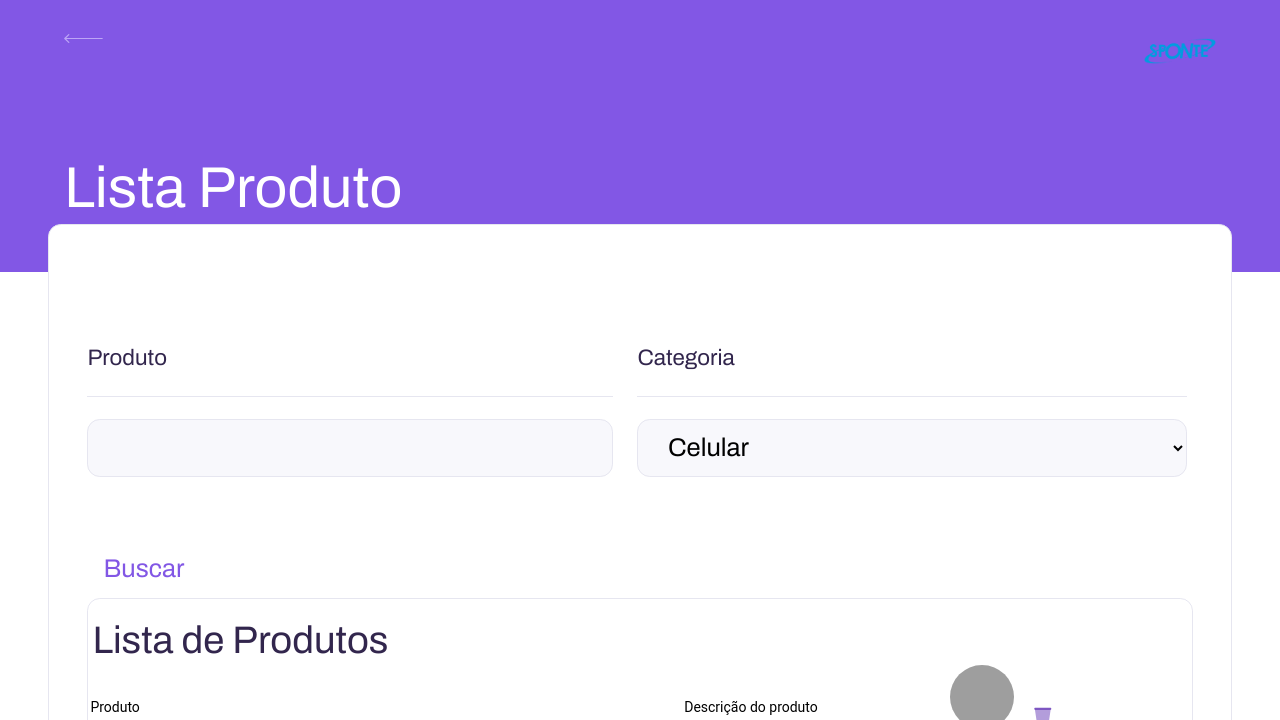
Repository: Henrique-Hoi-Dev/avalia-o-front-end
Page: /list (app in web/)
These files come from the project's save history. The page is drawn as it stood at one moment and after the next save; the edit follows.
The browser window is 1280 px wide. The pictures show the whole page.
Pictures or frames that could not be fetched are drawn as grey boxes. An inner scrolling area shows only its first screen. The project was rebuilt for these pictures with package versions that can differ from the ones it lists, and the page was loaded fresh each time. Also part of the build but not shown: web/src/pages/Home/styles.js, web/src/pages/Home/index.js, web/src/services/api.js, web/src/pages/RegistrationProduct/styles.js, web/src/components/HeaderRecord/styles.js, web/src/components/HeaderRecord/index.js, web/src/pages/RegistrationProduct/Avatarinput/styles.js, web/src/pages/RegistrationProduct/Avatarinput/index.js and 1 more.

Above is the page before, as saved 2020-09-02 21:48:12.

After the next save:
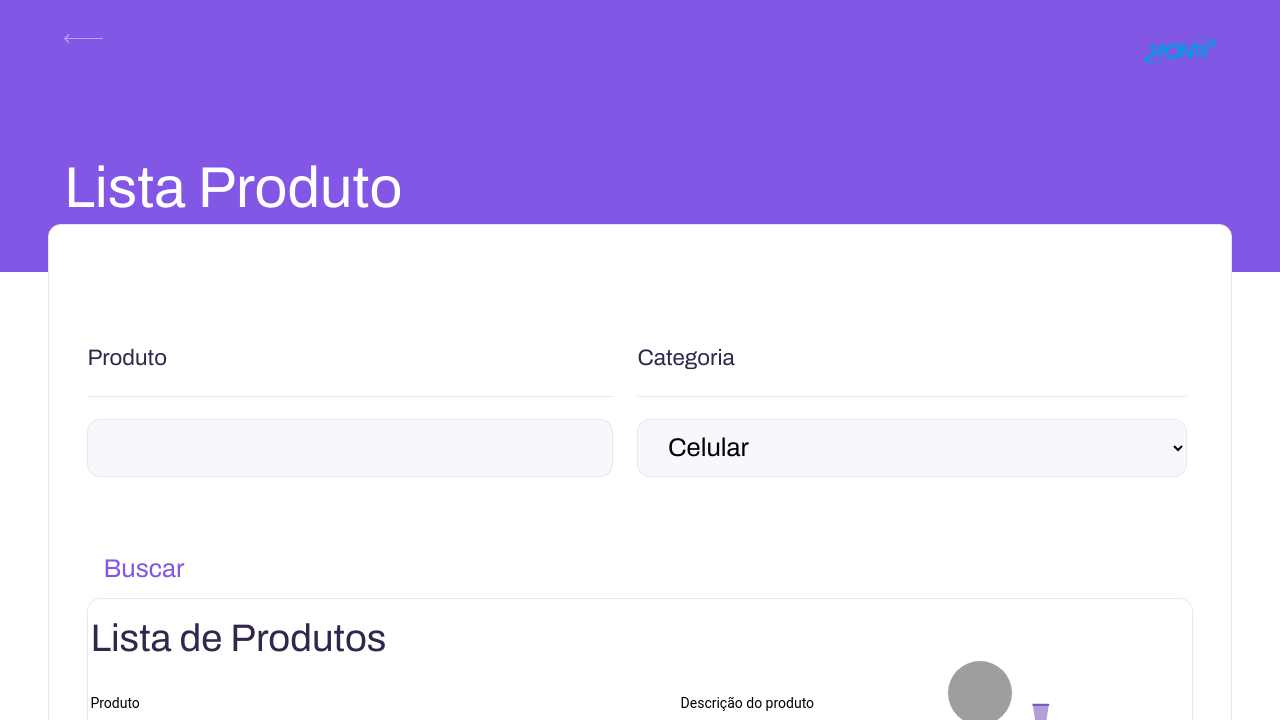
Saved 40 s later.
--- a/web/src/pages/ListProduct/styles.js
+++ b/web/src/pages/ListProduct/styles.js
@@ -81,6 +81,8 @@
       display: block;
       color: var(--color-text-title);
       margin-top: 1rem;
+      display: flex;
+      flex-direction: center;
     }
 
     tbody {

After the save that followed:
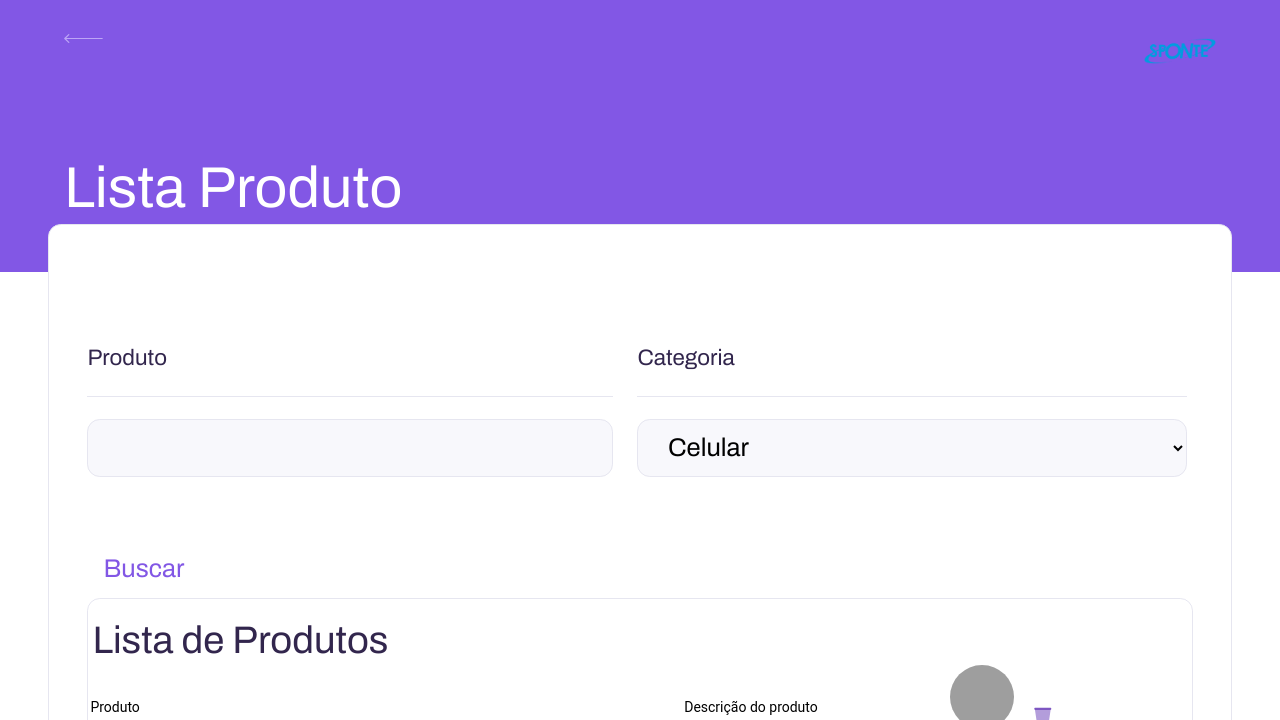
Saved 13 s later.
--- a/web/src/pages/ListProduct/styles.js
+++ b/web/src/pages/ListProduct/styles.js
@@ -81,8 +81,6 @@
       display: block;
       color: var(--color-text-title);
       margin-top: 1rem;
-      display: flex;
-      flex-direction: center;
     }
 
     tbody {
